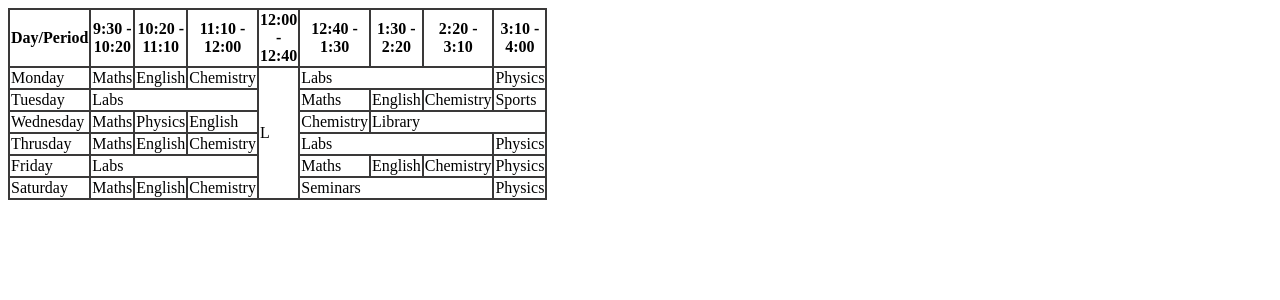
Repository: nir-github01/Html
Page: assign1-table.html
These files come from the project's save history. The page is drawn as it stood at one moment and after the next save; the edit follows.
The browser window is 1280 px wide. The pictures show the whole page.

Above is the page before, as saved 2022-09-27 20:00:39.

### assign1-table.html
<!DOCTYPE html>
<html lang="en">
<head>
    <meta charset="UTF-8">
    <meta http-equiv="X-UA-Compatible" content="IE=edge">
    <meta name="viewport" content="width=device-width, initial-scale=1.0">
    <title>Time-table</title>
    <style>
        table, th, td{
            border: 2px solid rgb(58, 57, 57);
            border-collapse: collapse;
            width: 30px;
            height: 12px;
        }
        td{
            width: 30px;
            height: 12px;
        }
    </style>
</head>
<body>
    <table>
        <thead>
            <tr>
        <th>Day/Period</th>
        <th>9:30 - 10:20</th>
        <th>10:20 - 11:10</th>
        <th>11:10 - 12:00</th>
        <th>12:00 - 12:40</th>
        <th>12:40 - 1:30</th>
        <th>1:30 - 2:20</th>
        <th>2:20 - 3:10</th>
        <th>3:10 - 4:00</th>
    </tr>
        </thead>
        <tbody>

            <tr>
                <td>Monday</td>
                <td>Maths</td>
                <td>English</td>
                <td>Chemistry</td>
                <td rowspan="6"><p >L</p></td>
                <td colspan="3">Labs</td>
                <td>Physics</td>

            </tr>
            <tr>
                <td>Tuesday</td>
                <td colspan="3">Labs</td>
                <td>Maths</td>
                <td>English</td>
                <td>Chemistry</td>

                <td>Sports</td>
            </tr>
            <tr>
                <td>Wednesday</td>
                <td>Maths</td>
                <td>Physics</td>
                <td>English</td>

                <td>Chemistry</td>
                <td colspan="3">Library</td>
            </tr>
            <tr>
                <td>Thrusday</td>
                <td>Maths</td>
                <td>English</td>
                <td>Chemistry</td>
               <td colspan="3">Labs</td>
                <td>Physics</td>
            </tr>
            <tr>
                <td>Friday</td>
                <td colspan="4">Labs</td>
                <td>Maths</td>
                <td>English</td>
                <td>Chemistry</td>
                <td>Physics</td>
            </tr>
            <tr>
                <td>Saturday</td>
                <td>Maths</td>
                <td>English</td>
                <td>Chemistry</td>
                <td colspan="3">Seminars</td>
                <td>Physics</td>

            </tr>

        </tbody>

    </table>
</body>
</html>

After the next save:
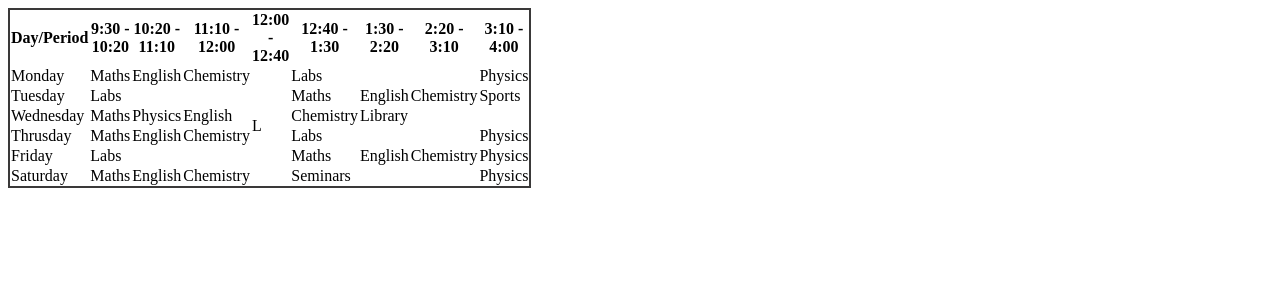
Saved 29 s later.
--- a/assign1-table.html
+++ b/assign1-table.html
@@ -6,13 +6,11 @@
     <meta name="viewport" content="width=device-width, initial-scale=1.0">
     <title>Time-table</title>
     <style>
-        table, th, td{
+        table{
             border: 2px solid rgb(58, 57, 57);
             border-collapse: collapse;
-            width: 30px;
-            height: 12px;
         }
-        td{
+        td, th{
             width: 30px;
             height: 12px;
         }

After the save that followed:
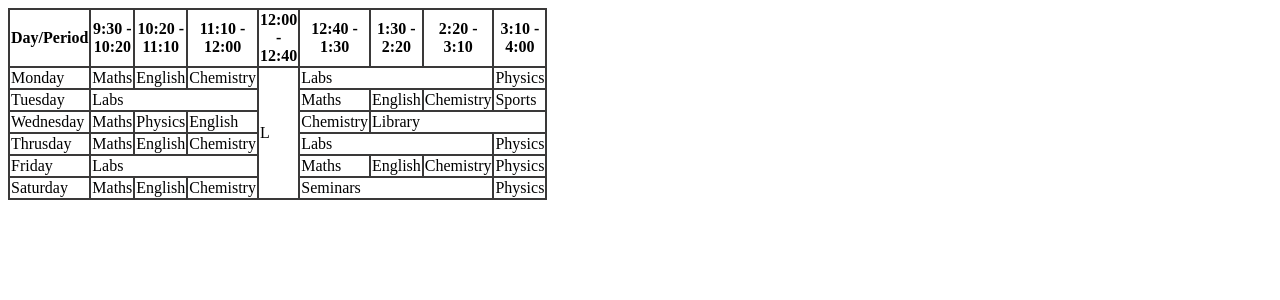
Saved 28 s later.
--- a/assign1-table.html
+++ b/assign1-table.html
@@ -11,6 +11,8 @@
             border-collapse: collapse;
         }
         td, th{
+            border: 2px solid rgb(58, 57, 57);
+            border-collapse: collapse;
             width: 30px;
             height: 12px;
         }
